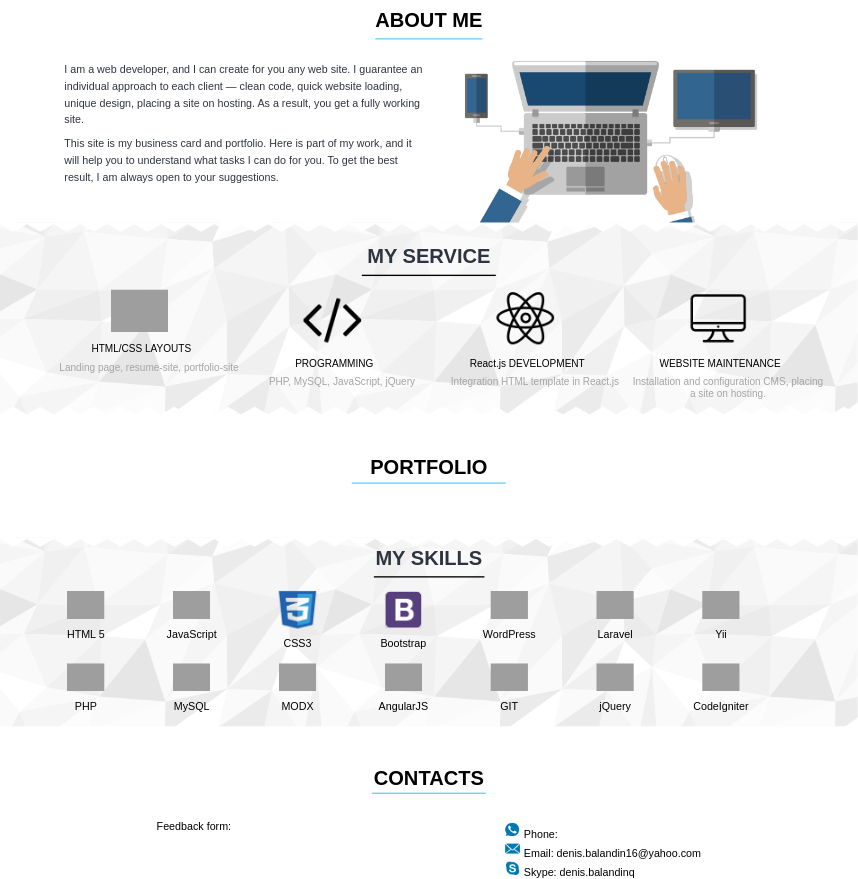
Repository: DenisBalandin/Portfolio
Page: /
The author's editor kept a copy of each file at every save. The page is drawn from the files as they stood at one save, then again after the next save.
The browser window is 1280 px wide. The pictures show the whole page, at 67% of full size.
Pictures or frames that could not be fetched are drawn as grey boxes. The page's requests for data from a server got no answer. The project was rebuilt for these pictures with package versions that can differ from the ones it lists, and the page was loaded fresh each time. No one was signed in, and anything a server would have sent is missing. Also part of the build but not shown: src/ItemPage.js.

Above is the page before, as saved 2020-03-08 12:17:03.

After the next save:
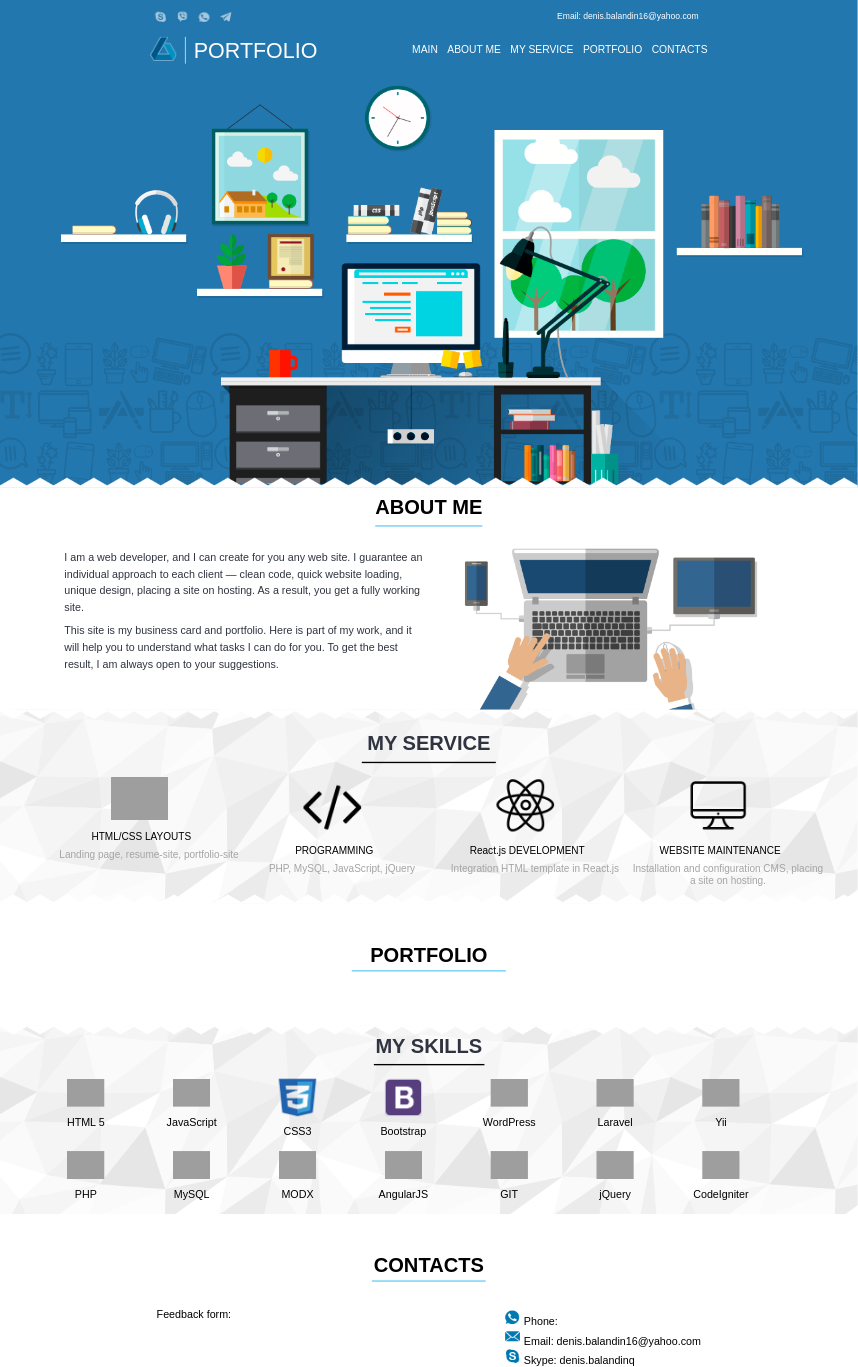
Saved 15 s later.
--- a/src/App.js
+++ b/src/App.js
@@ -10,10 +10,10 @@
 function App(){
   return (
     <Router>
-      {/* <Header/> */}
+      <Header/>
       <Route exact path="/" component={Home} />
-      <Route exact path="/pageitem"  component={ItemPage}/>
-      {/* <Route exact path="/pageitem/:itemid" component={ItemPage} /> */}
+      {/* <Route exact path="/pageitem"  component={ItemPage}/> */}
+      <Route exact path="/pageitem/:itemid" component={ItemPage} />
     </Router>
   );
 }
